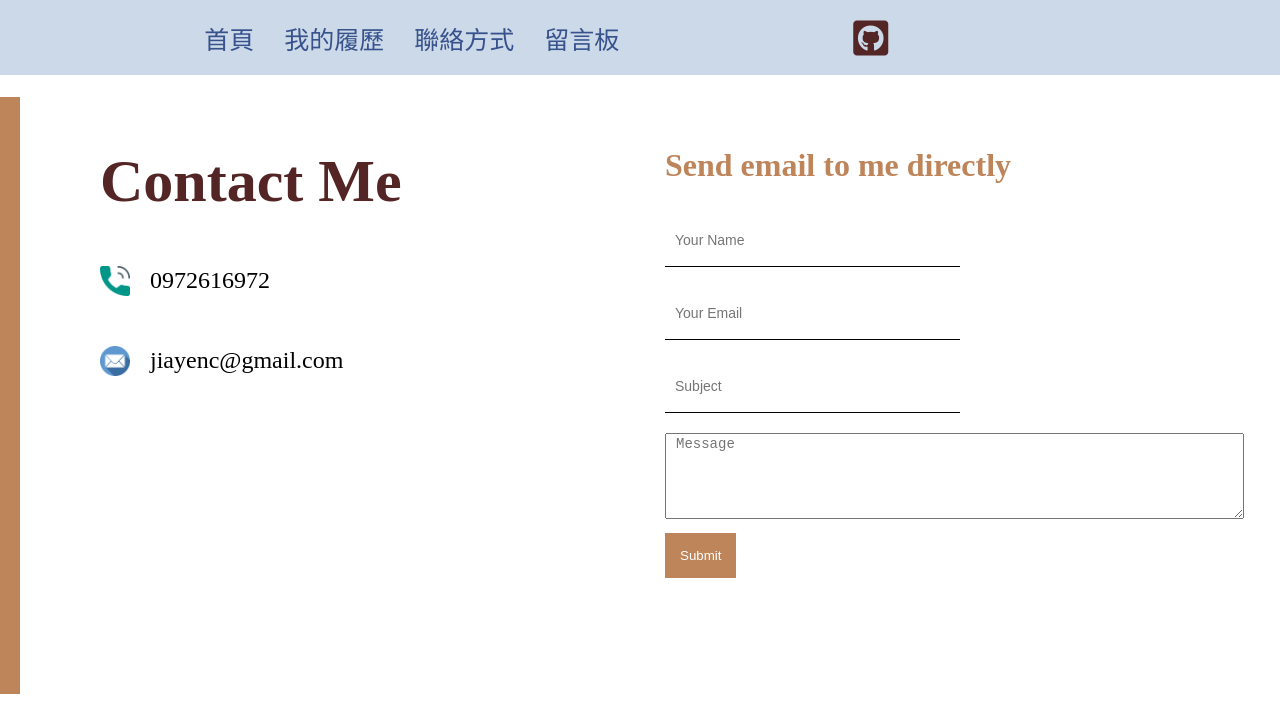
Repository: lcjyc/portfolio-website
Page: /contact
These files come from the project's save history. The page is drawn as it stood at one moment and after the next save; the edit follows.
The browser window is 1280 px wide. The pictures show the whole page.
The project was rebuilt for these pictures with package versions that can differ from the ones it lists, and the page was loaded fresh each time. Also part of the build but not shown: src/pages/home/home.css, src/pages/home/Home.jsx, src/pages/resume/resume.css, src/pages/resume/Resume.jsx.

Above is the page before, as saved 2022-08-20 09:41:15.

After the next save:
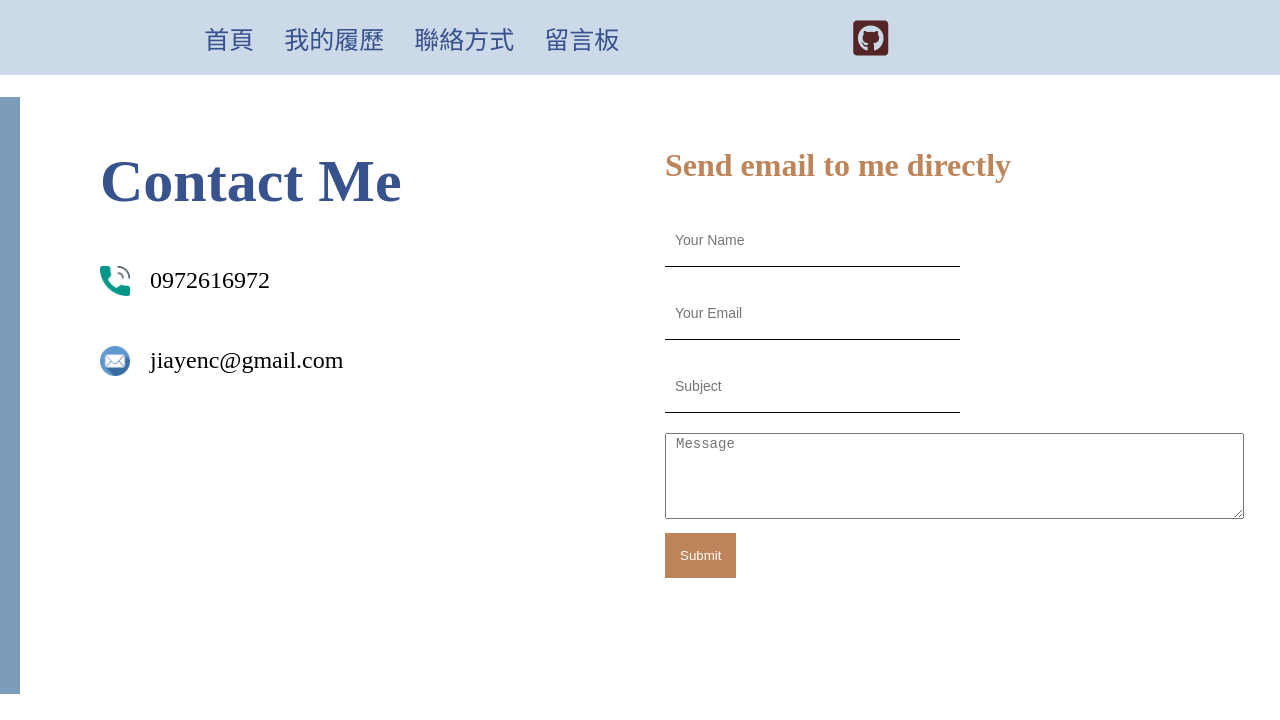
Saved 5 min 5 s later.
--- a/src/pages/contact/contact.css
+++ b/src/pages/contact/contact.css
@@ -7,7 +7,7 @@
 .c-bg {
   width: 20px;
   height: 100%;
-  background-color: rgb(190, 132, 90);
+  background-color: rgb(67, 116, 156, 0.7);
   position: absolute;
 }
 
@@ -30,7 +30,7 @@
 .c-title {
   font-size: 60px;
   width: 80%;
-  color: rgb(83, 37, 37);
+  color: rgb(55, 82, 141);
 }
 
 .c-info-item {
